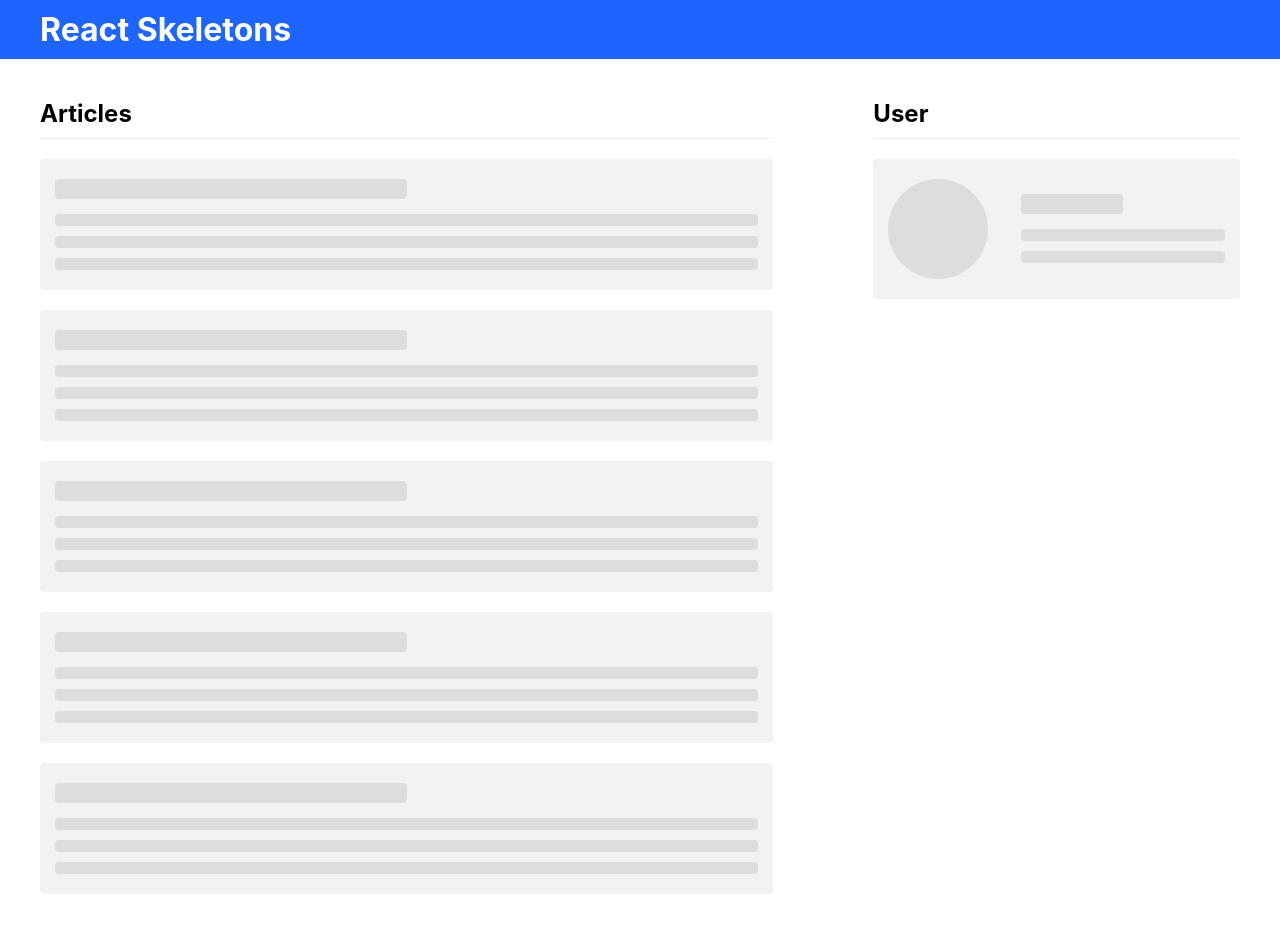
Repository: hwangstar156/React-skeleton-image
Page: /
An editor plug-in stored every save of this project. The page is shown before and after the next save, followed by the edit.
The browser window is 1280 px wide. The pictures show the whole page.
The page's requests for data from a server got no answer. The project was rebuilt for these pictures with package versions that can differ from the ones it lists, and the page was loaded fresh each time. No one was signed in, and anything a server would have sent is missing.

Above is the page before, as saved 2021-10-02 02:11:12.

After the next save:
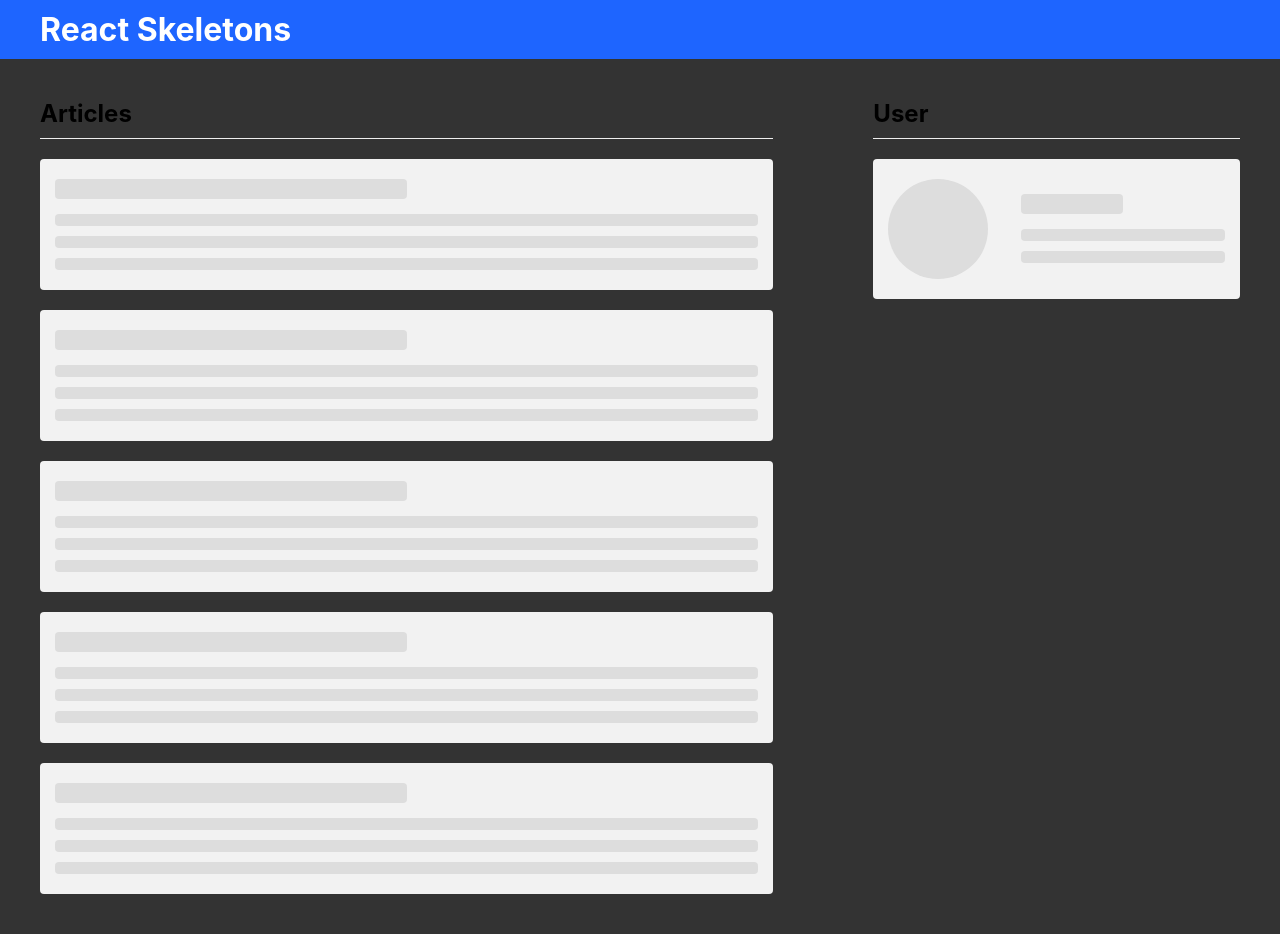
Saved 56 s later.
--- a/src/skeletons/skeleton.css
+++ b/src/skeletons/skeleton.css
@@ -1,5 +1,7 @@
 /* basic styles */
-
+body {
+    background: #333;
+}
 .skeleton {
     background: #ddd;
     margin : 10px 0;
